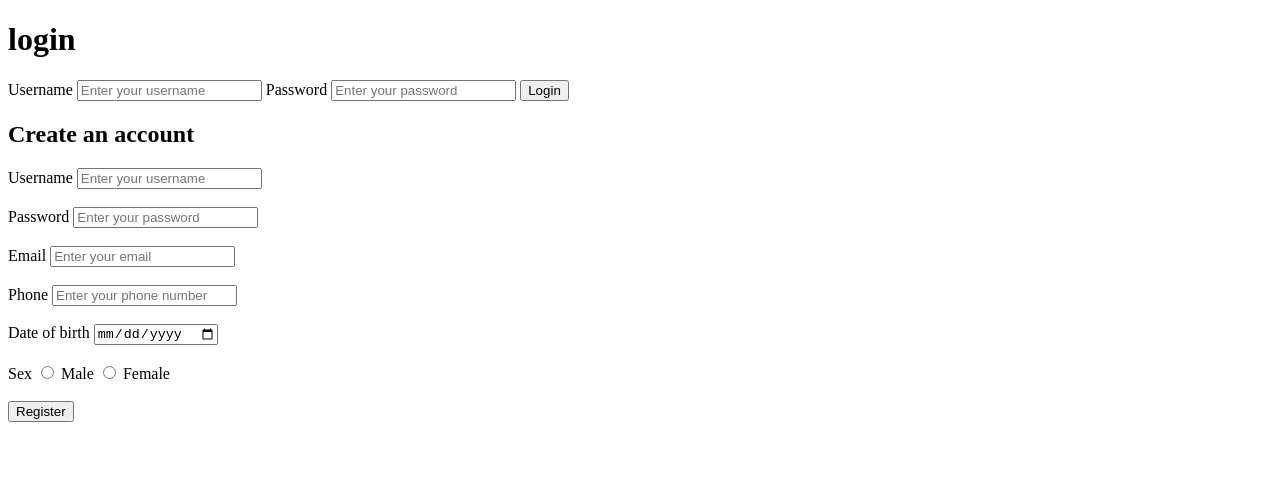
Repository: bao2222/hoc-lam-web
Page: welcome.html
The author's editor kept a copy of each file at every save. The page is drawn from the files as they stood at one save, then again after the next save.
The browser window is 1280 px wide. The pictures show the whole page.

Above is the page before, as saved 2024-12-30 08:57:33.

### welcome.html
<!DOCTYPE html>
<html lang="en">

    <head>
        <meta charset="UTF-8">
        <title>Welcome</title>
        <meta content = "this is my website" name = "description">
        <meta author = "me">




    </head>

    <body>
        <h1>login</h1>
        <div>
            <div class="login">
                <form action="project.js" method="POST" >

                    <label for="username">Username</label>
                    <input type="text" id="username" placeholder="Enter your username" name="username" required>

                    <label for="password">Password</label>
                    <input type="password" id="password" placeholder="Enter your password" name="password" required>

                    <button type="submit">Login</button>

                </form>
            </div>

            <h2>Create an account</h2>
            <div>
                <div class="register">
                    <form action="project.js" method="POST" >

                        <label for="register_username">Username</label>
                        <input type="text" id="register_username" placeholder="Enter your username" name="register_username" required><br><br>

                        <label for="register_password">Password</label>
                        <input type="password" id="register_password" placeholder="Enter your password" name="password" required><br><br>

                        <label for="register_email">Email</label>
                        <input type="email" id="register_email" placeholder="Enter your email" name="email" required><br><br>

                        <label for="register_phone">Phone</label>
                        <input type="tel" id="register_phone" placeholder="Enter your phone number" name="phone" required><br><br>

                        <label for="register_dob">Date of birth</label>
                        <input type="date" id="register_dob" placeholder="Enter your date of birth" name="dob" required><br><br>

                        <label for="register_sex">Sex</label>
                        <input type="radio" id="register_male" name="sex" value="male" required>
                        <label for="register_male">Male</label>
                        <input type="radio" id="register_female" name="sex" value="female" required>
                        <label for="register_female">Female</label><br><br>


                        <button type="submit">Register</button>

                    </form>



                </div>


            </div>



        </div>





    </body>





</html>

After the next save:
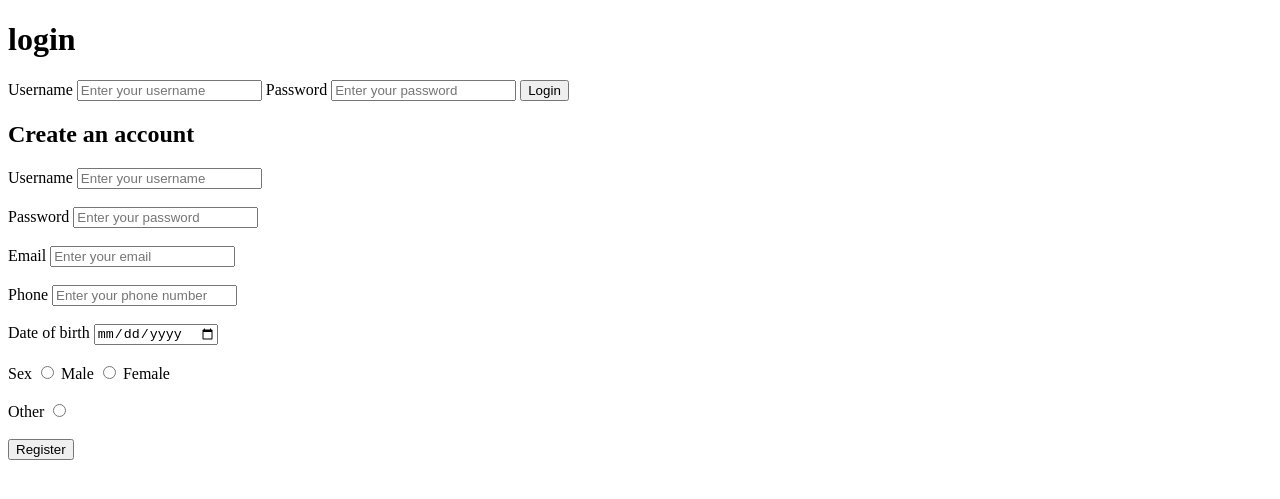
Saved 68 s later.
--- a/welcome.html
+++ b/welcome.html
@@ -54,6 +54,8 @@
                         <label for="register_male">Male</label>
                         <input type="radio" id="register_female" name="sex" value="female" required>
                         <label for="register_female">Female</label><br><br>
+                        <label for="register_other">Other</label>
+                        <input type="radio" id="register_other" name="sex" value="other" required><br><br>
 
 
                         <button type="submit">Register</button>
